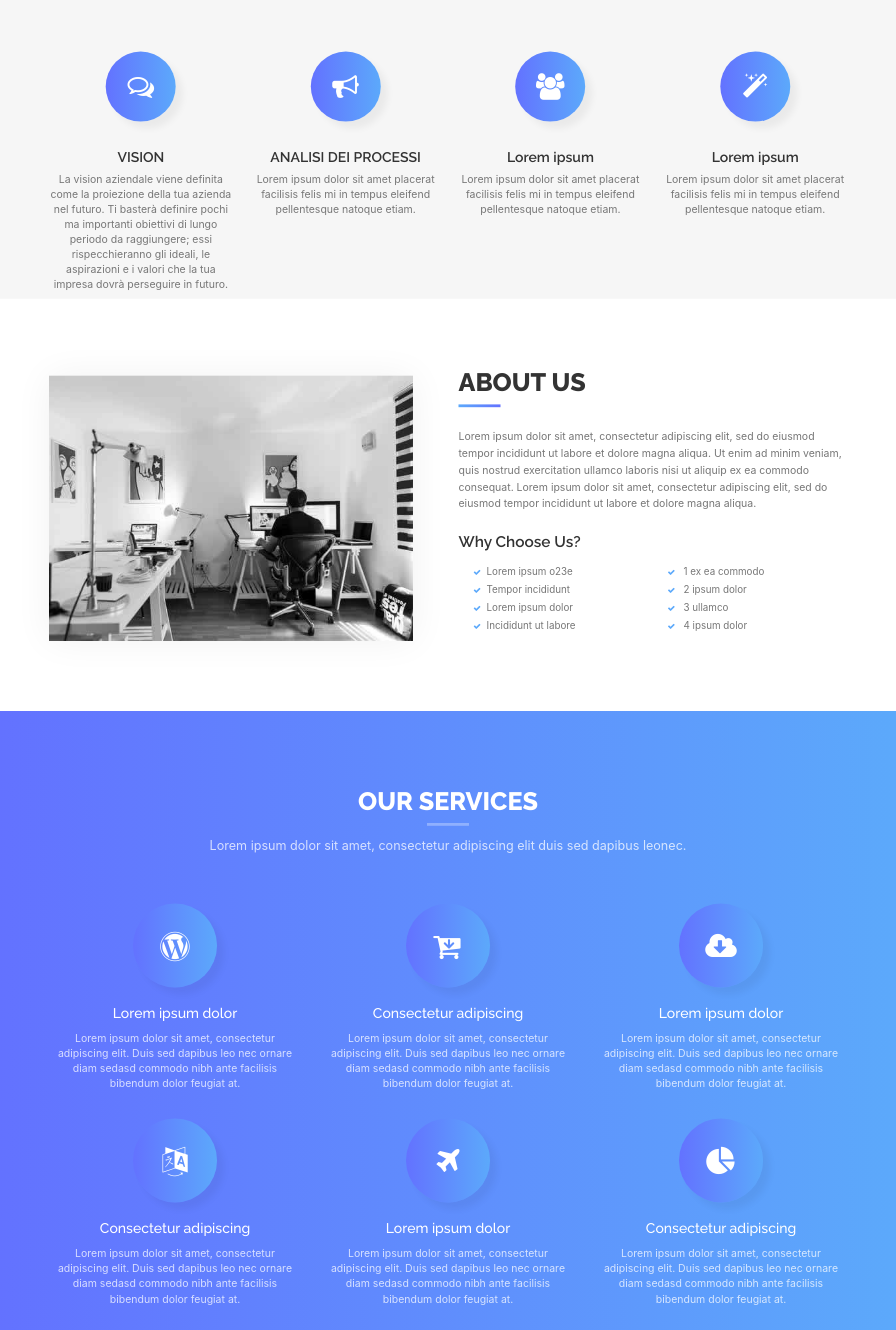
Repository: andrealepori/digitize-reactapp
Page: /
These files come from the project's save history. The page is drawn as it stood at one moment and after a run of saves; the edit follows.
The browser window is 1280 px wide. The pictures show the part of the page from y = 1104 to 3004 px (the page is 5696 px tall), at 70% of full size.
The project was rebuilt for these pictures with package versions that can differ from the ones it lists, and the page was loaded fresh each time.

Above is the page before, as saved 2021-09-21 14:51:48.

After the next 2 saves:
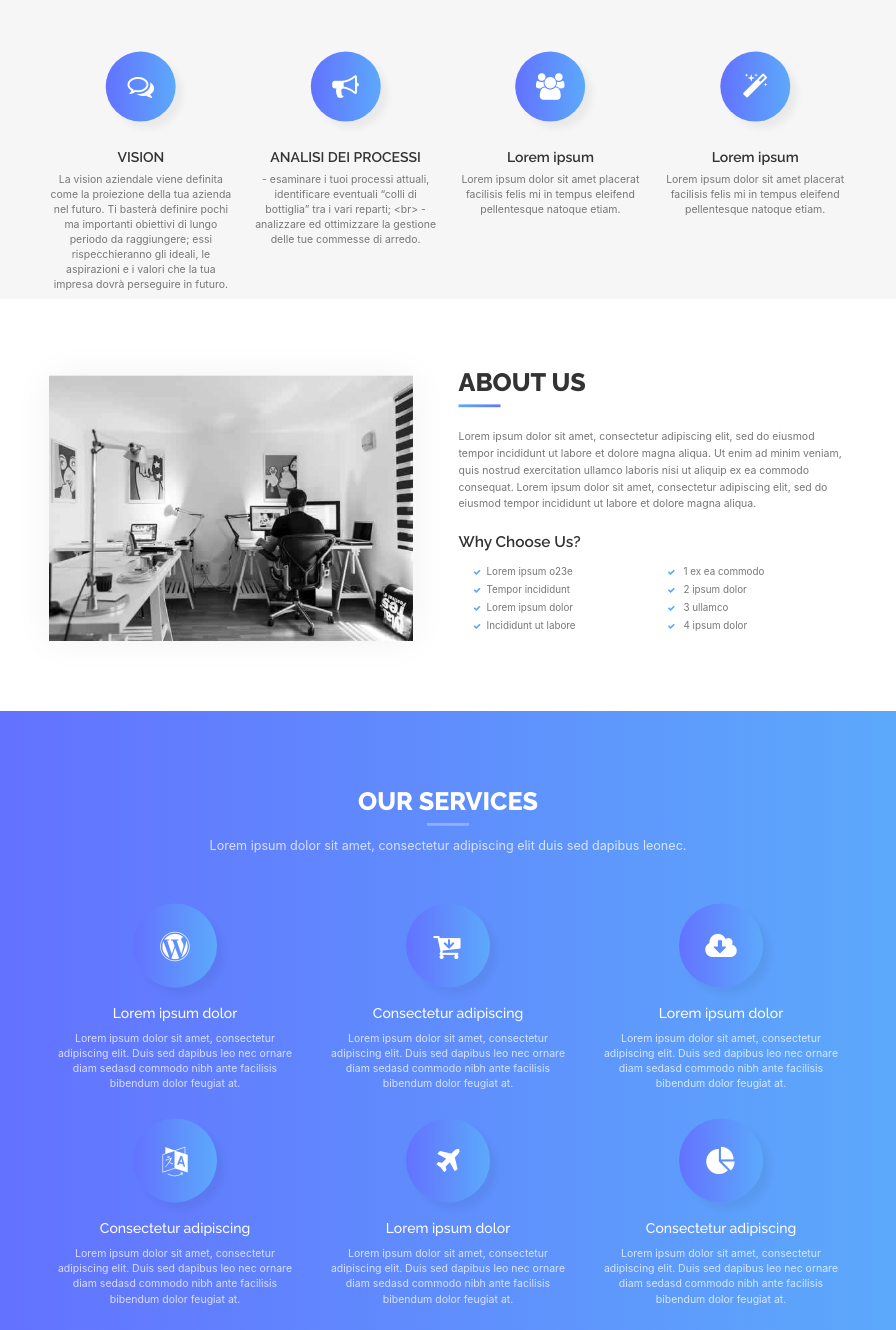
The 2 saves are shown as one change because 1 did not build or start.
The last was saved 40 s later.
--- a/src/data/data.json
+++ b/src/data/data.json
@@ -168,7 +168,7 @@
     {
       "icon": "fa fa-bullhorn",
       "title": "ANALISI DEI PROCESSI",
-      "text": "Lorem ipsum dolor sit amet placerat facilisis felis mi in tempus eleifend pellentesque natoque etiam."
+      "text": "- esaminare i tuoi processi attuali, identificare eventuali “colli di bottiglia” tra i vari reparti; <br> -analizzare ed ottimizzare la gestione delle tue commesse di arredo. "
     },
     {
       "icon": "fa fa-group",
